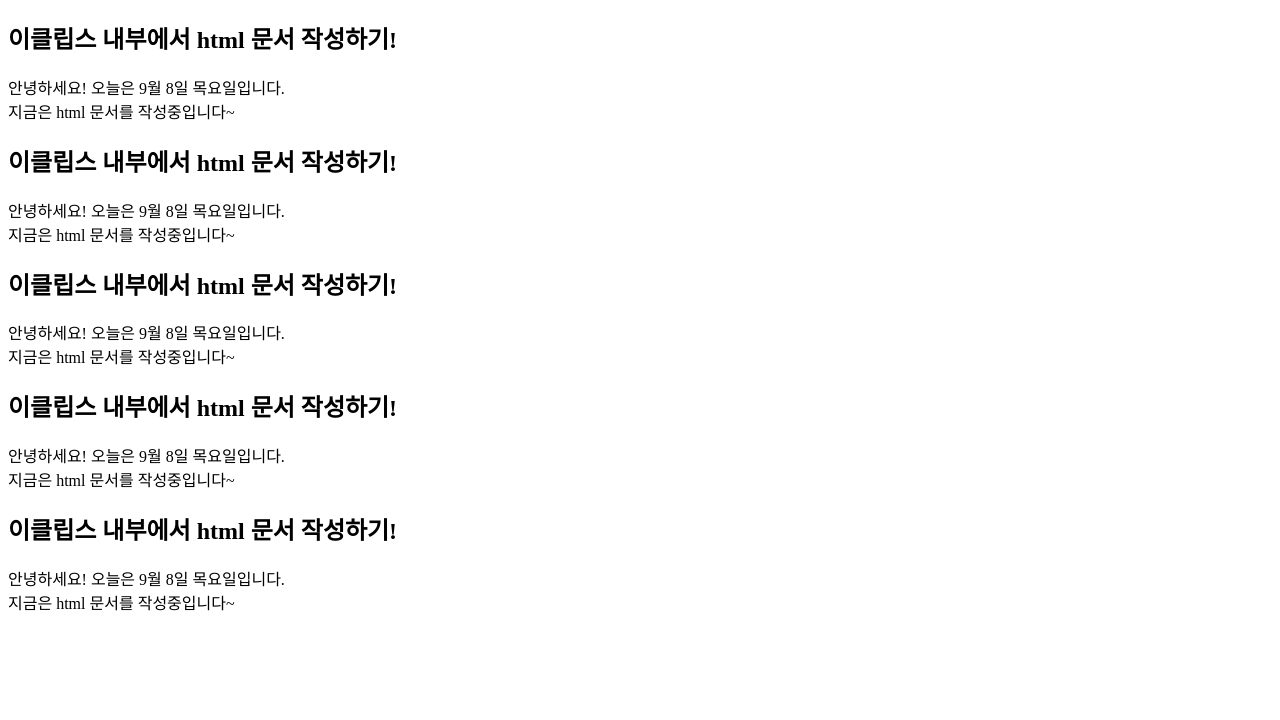
Repository: choipasak/jsp_practice
Page: http://localhost/JspBasic/hello.jsp
The author's editor kept a copy of each file at every save. The page is drawn from the files as they stood at one save, then again after the next save.
The browser window is 1280 px wide. The pictures show the whole page.
The page is served by Tomcat 9. Other server files are loaded and not shown.

Above is the page before, as saved 2023-09-08 07:55:49.

### JspBasic/src/main/webapp/hello.jsp
<%@ page language="java" contentType="text/html; charset=UTF-8"
	pageEncoding="UTF-8"%>
<!DOCTYPE html>
<html>
<head>
<meta charset="UTF-8">
<title>Insert title here</title>
</head>
<body>
	<% for(int i=1; i<=5; i++){ %>
		<h2>이클립스 내부에서 html 문서 작성하기!</h2>
		<p>
			안녕하세요! 오늘은 9월 8일 목요일입니다.<br>
			지금은 html 문서를 작성중입니다~
		</p>
	<% } %>
</body>
</html>

After the next save:
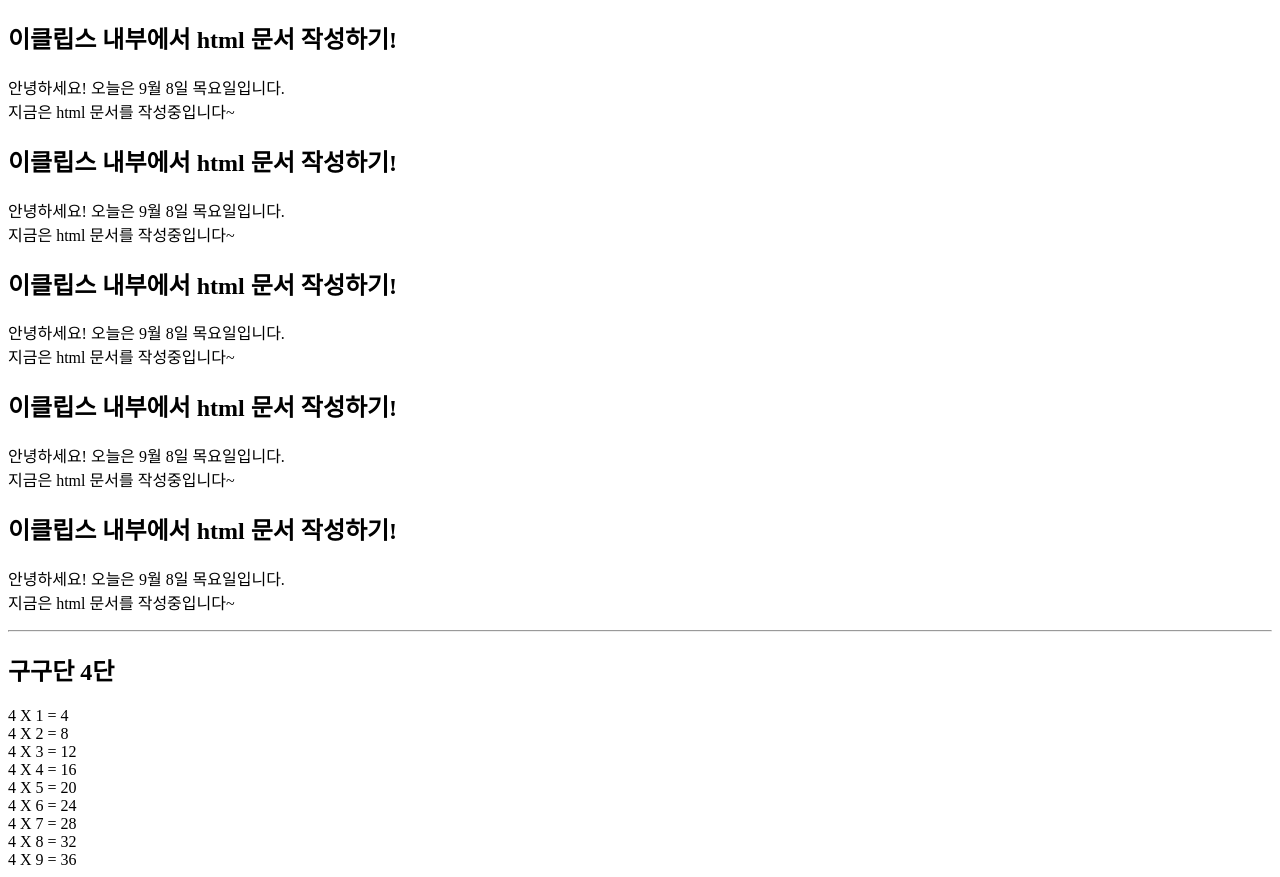
Saved 6 min 15 s later.
--- a/JspBasic/src/main/webapp/hello.jsp
+++ b/JspBasic/src/main/webapp/hello.jsp
@@ -14,5 +14,12 @@
 			지금은 html 문서를 작성중입니다~
 		</p>
 	<% } %>
+
+	<hr>
+
+	<h2>구구단 4단</h2>
+	<% for(int hang=1; hang<=9; hang++) { %>
+		4 X <%= hang %> = <%= 4*hang %><br>
+	<% } %>
 </body>
 </html>
